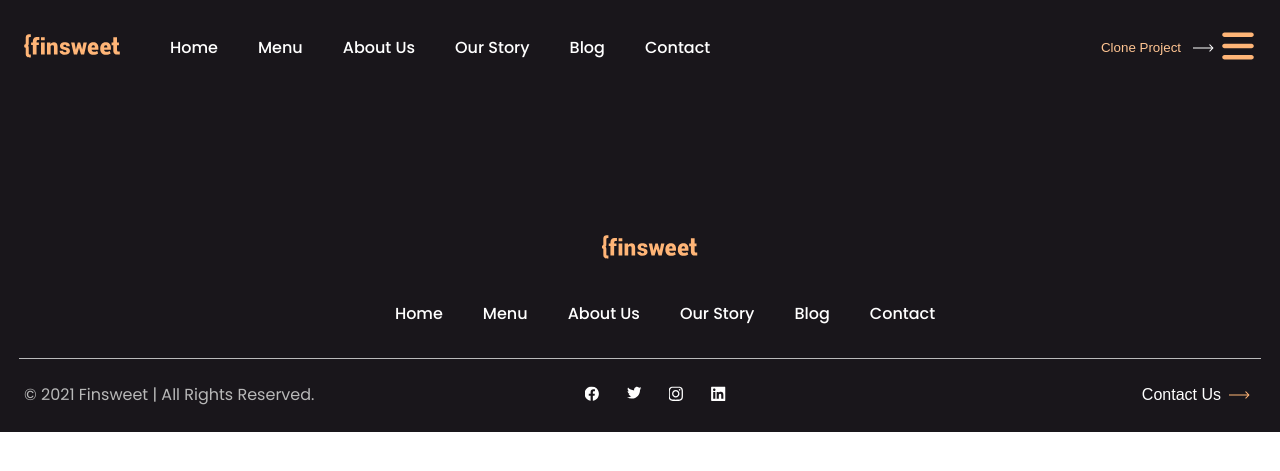
Repository: Minns-Cao/project-finsweet
Page: contact.html
These files come from the project's save history. The page is drawn as it stood at one moment and after the next save; the edit follows.
The browser window is 1280 px wide. The pictures show the whole page.
Some web fonts or font styles are not loaded; a fallback is used.

Above is the page before, as saved 2023-04-28 15:19:35.

### contact.html
<!DOCTYPE html>
<html lang="en">
    <head>
        <meta charset="UTF-8" />
        <meta http-equiv="X-UA-Compatible" content="IE=edge" />
        <meta name="viewport" content="width=device-width, initial-scale=1.0" />
        <title>Finsweet</title>
        <!-- Reset CSS -->
        <link rel="stylesheet" href="./assets/css/reset.css" />
        <!-- Style -->
        <link rel="stylesheet" href="./assets/css/style.css" />
        <!-- Fonts -->
        <link rel="preconnect" href="https://fonts.googleapis.com" />
        <link rel="preconnect" href="https://fonts.gstatic.com" crossorigin />
        <link
            href="https://fonts.googleapis.com/css2?family=Playfair+Display:ital,wght@0,400;0,500;0,600;0,700;0,800;0,900;1,400;1,500;1,600;1,700;1,800;1,900&family=Poppins:ital,wght@0,300;0,400;0,500;0,600;1,300;1,400;1,500;1,600&display=swap"
            rel="stylesheet"
        />
    </head>
    <body>
        <!-- ========================================Contact Page================================================ -->
        <!-- Header -->
        <header class="fixed header">
            <div class="main-content">
                <div class="body">
                    <!-- Logo -->
                    <a href="./index.html"
                        ><img
                            src="./assets/img/Logo.svg"
                            alt="logo"
                            class="logo"
                    /></a>
                    <!-- Navigation -->
                    <div class="nav">
                        <ul>
                            <li>
                                <a href="./index.html">Home</a>
                            </li>
                            <li>
                                <a href="./menu.html">Menu</a>
                            </li>
                            <li>
                                <a href="./aboutUs.html">About Us</a>
                            </li>
                            <li>
                                <a href="./ourStory.html">Our Story</a>
                            </li>
                            <li>
                                <a href="./blog.html">Blog</a>
                            </li>
                            <li>
                                <a href="./contact.html">Contact</a>
                            </li>
                        </ul>
                    </div>
                    <!-- Action -->
                    <button class="action">
                        <span class="label">Clone Project</span>
                        <img
                            src="./assets/img/arrow-to-right.svg"
                            alt="arrow-to-right"
                            class="arrow-to-right"
                        />
                    </button>
                    <!-- Navigation Mobile -->
                    <div class="nav-mb-btn">
                        <svg
                            xmlns="http://www.w3.org/2000/svg"
                            viewBox="0 0 448 512"
                            width="36"
                            height="36"
                        >
                            <path
                                d="M0 96C0 78.3 14.3 64 32 64H416c17.7 0 32 14.3 32 32s-14.3 32-32 32H32C14.3 128 0 113.7 0 96zM0 256c0-17.7 14.3-32 32-32H416c17.7 0 32 14.3 32 32s-14.3 32-32 32H32c-17.7 0-32-14.3-32-32zM448 416c0 17.7-14.3 32-32 32H32c-17.7 0-32-14.3-32-32s14.3-32 32-32H416c17.7 0 32 14.3 32 32z "
                                fill="#FFB577"
                            />
                        </svg>
                    </div>
                </div>
            </div>
        </header>
        <!-- Footer -->
        <footer class="footer">
            <div class="main-content">
                <div class="body">
                    <!-- Logo -->
                    <a href="#"
                        ><img
                            src="./assets/img/Logo.svg"
                            alt="logo"
                            class="logo"
                    /></a>
                    <!-- Navigation -->
                    <div class="nav">
                        <ul>
                            <li>
                                <a href="./index.html">Home</a>
                            </li>
                            <li>
                                <a href="#">Menu</a>
                            </li>
                            <li>
                                <a href="./aboutUs.html">About Us</a>
                            </li>
                            <li>
                                <a href="./ourStory.html">Our Story</a>
                            </li>
                            <li>
                                <a href="./blog.html">Blog</a>
                            </li>
                            <li>
                                <a href="./contact.html">Contact</a>
                            </li>
                        </ul>
                    </div>
                    <!-- Contact-Footer -->
                    <div class="contact-footer">
                        <!-- Copyright -->
                        <div class="container">
                            <p class="copyright">
                                © 2021 Finsweet | All rights reserved.
                            </p>
                        </div>
                        <!-- Socials -->
                        <div class="socials-list">
                            <div class="social">
                                <img
                                    src="./assets/img/icon/icon_facebook.svg"
                                    alt="icon_facebook"
                                />
                            </div>
                            <div class="social">
                                <img
                                    src="./assets/img/icon/icon_twitter.svg"
                                    alt="icon_twitter"
                                />
                            </div>
                            <div class="social">
                                <img
                                    src="./assets/img/icon/icon_instagram.svg"
                                    alt="icon_instagram"
                                />
                            </div>
                            <div class="social">
                                <img
                                    src="./assets/img/icon/icon_linkin.svg"
                                    alt="icon_linkin"
                                />
                            </div>
                        </div>
                        <!-- action -->
                        <button
                            class="action"
                            onclick="window.location.href='./contact.html'"
                        >
                            <span class="label-med">Contact Us</span>
                            <svg
                                width="21"
                                height="8"
                                viewBox="0 0 21 8"
                                fill="none"
                                xmlns="http://www.w3.org/2000/svg"
                            >
                                <path
                                    d="M20.3536 4.35355C20.5488 4.15829 20.5488 3.84171 20.3536 3.64645L17.1716 0.464466C16.9763 0.269204 16.6597 0.269204 16.4645 0.464466C16.2692 0.659728 16.2692 0.976311 16.4645 1.17157L19.2929 4L16.4645 6.82843C16.2692 7.02369 16.2692 7.34027 16.4645 7.53553C16.6597 7.7308 16.9763 7.7308 17.1716 7.53553L20.3536 4.35355ZM0 4.5L20 4.5V3.5L0 3.5L0 4.5Z"
                                    fill="#FFB577"
                                />
                            </svg>
                        </button>
                    </div>
                </div>
            </div>
        </footer>
    </body>
</html>

### assets/css/style.css
* {
    box-sizing: border-box;
}

:root {
    --primary-color: #ffb577;
    --background-color: #19161b;
    --font-heading: Playfair Display, "serif";
}

html,
body {
    scroll-behavior: smooth;
}

html {
    font-size: 62.5%;
}

body {
    font-size: 1.6rem;
    font-family: "Poppins", sans-serif;
}

/* ================common=================*/
.main-content {
    width: 1280px;
    max-width: calc(100% - 48px);
    margin-left: auto;
    margin-right: auto;
}

a {
    text-decoration: none;
}

.btn {
    border: none;
    background: #ffb577;
    padding: 12px 24px;
}

.label-med {
    margin-right: 8px;
    font-weight: 500;
    font-size: 1.6rem;
    line-height: 1.5;
    color: #2e2d33;
}

.label-extransmall {
    font-weight: 500;
    font-size: 1.2rem;
    line-height: 1.33;
    color: #FFFFFF;
}

.heading {
    font-family: var(--font-heading);
    font-style: normal;
    color: #ffffff;
}

.lv1 {
    font-weight: 700;
    font-size: 5.6rem;
    line-height: 1.21;
}

.lv2 {
    font-weight: 700;
    font-size: 4.8rem;
    line-height: 1.21;
}

.lv3 {
    font-weight: 700;
    font-size: 3.3rem;
    line-height: 1.5;
}

.lv4 {
    font-weight: 700;
    font-size: 2rem;
    line-height: 1.5;
}

.lv5 {
    font-weight: 700;
    font-size: 1.4rem;
    line-height: 1.5;
}

.desc {
    font-weight: 400;
    font-size: 1.6rem;
    line-height: 1.75;
    color: #b8b8b8;
}

.caption {
    position: relative;
    display: inline-block;
    font-family: var(--font-heading);
    font-weight: 400;
    font-size: 1.6rem;
    line-height: 1.5;
    color: #ffb577;
}

.caption::after {
    position: absolute;
    content: "";
    display: block;
    width: 48px;
    border: 0.5px solid #ffffff;
    top: 50%;
    right: calc(-48px - 16px);
}

/* ================Header=================*/
.fixed {
    position: sticky;
    top: -20px;
    z-index: 1;
}

.header {
    background-color: var(--background-color);
}

.header .body {
    display: flex;
    align-items: center;
    padding: 28px 0px 8px;
}

.nav ul {
    display: flex;
    gap: 40px;
    margin-left: 50px;
}

.nav li a {
    font-weight: 500;
    font-size: 1.6rem;
    line-height: 1.5;
    color: #ffffff;
}

.header .action {
    display: flex;
    justify-content: center;
    align-items: center;
    margin-left: auto;
    border: none;
    background-color: var(--background-color);
}

.header .action .label {
    margin-right: 12px;
    color: #ffc492;
}

/* ================Footer=================*/

.footer {
    background-color: var(--background-color);
    padding-top: 160px;
    padding-bottom: 24px;
}

.footer .logo {
    display: block;
    margin-left: auto;
    margin-right: auto;
    transform: translateX(+10%);
}

.footer .nav{
    position: relative;
    display: flex;
    justify-content: center;
    align-items: center;

    margin-top: 43px;
}

.footer .nav::after {
    position: absolute;
    content: "";
    display: block;
    width: 97vw;
    height: 0.5px;
    background-color: #FFF;
    bottom: -32px;
    opacity: 0.7;
}

.contact-footer {
    display: flex;
    justify-content: space-between;
    align-items: center;
    margin-top: 56px;
}


.contact-footer .copyright {
    font-weight: 400;
    font-size: 1.6rem;
    line-height: 1.5;
    text-transform: capitalize;
    color: #B8B8B8;
}

.contact-footer .socials-list {
    display: flex;
    gap: 27px;
    transform: translateX(-50%);
}

.contact-footer .action {
    display: flex;
    justify-content: center;
    align-items: center;
    border: none;
    background-color: var(--background-color);
}

.contact-footer .action .label-med {
    color: #FFFFFF;
}


/* ==================Responsive==================== */

@media (max-width: 768px) {
    /* Header */
    .header .nav,
    .header .action {
        display: none;
    }

    /* Footer */
    .footer .logo {
        display: none;
    }

    .footer .nav ul {
        flex-direction: column;
        justify-content: center;
        align-items: center;
        transform: translateX(-50%);
    }

    .contact-footer {
        flex-direction: column-reverse;
        justify-content: center;
        align-items: center;
        gap: 10px;
    }

    .contact-footer .socials-list {
        justify-content: center;
        align-items: center;
        transform: translateX(0);
    }
}

Loaded but not shown: assets/css/reset.css (common file)

After the next save:
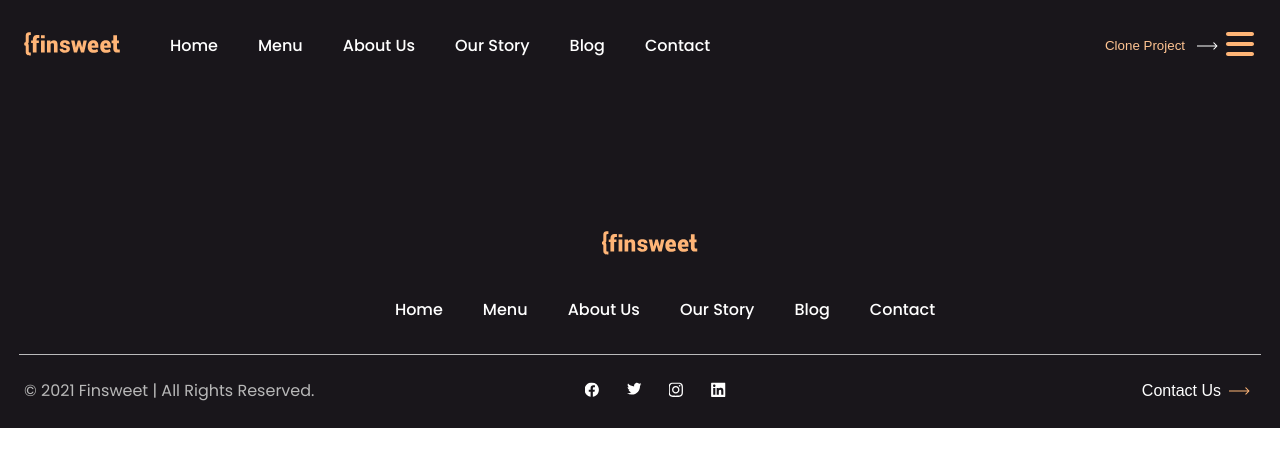
Saved 18 s later.
--- a/contact.html
+++ b/contact.html
@@ -67,8 +67,8 @@
                         <svg
                             xmlns="http://www.w3.org/2000/svg"
                             viewBox="0 0 448 512"
-                            width="36"
-                            height="36"
+                            width="32"
+                            height="32"
                         >
                             <path
                                 d="M0 96C0 78.3 14.3 64 32 64H416c17.7 0 32 14.3 32 32s-14.3 32-32 32H32C14.3 128 0 113.7 0 96zM0 256c0-17.7 14.3-32 32-32H416c17.7 0 32 14.3 32 32s-14.3 32-32 32H32c-17.7 0-32-14.3-32-32zM448 416c0 17.7-14.3 32-32 32H32c-17.7 0-32-14.3-32-32s14.3-32 32-32H416c17.7 0 32 14.3 32 32z "
